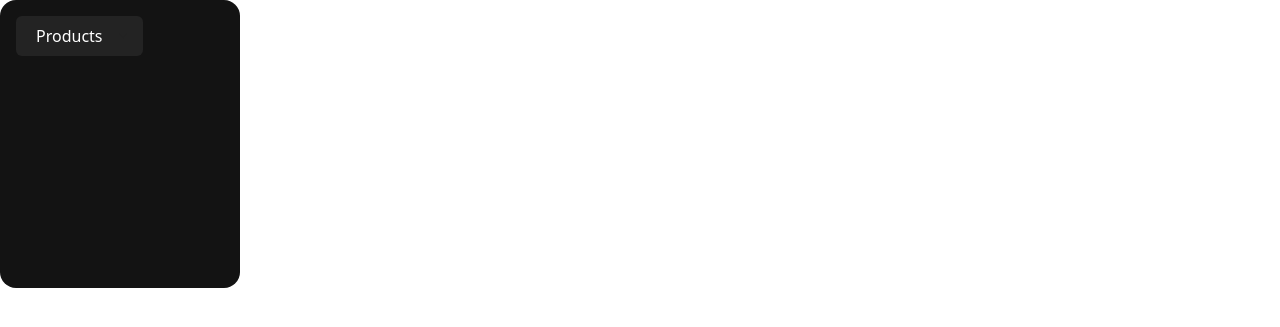
Repository: SayedJamil/Edvora-app
Page: /leftcard
These files come from the project's save history. The page is drawn as it stood at one moment and after the next save; the edit follows.
The browser window is 1280 px wide. The pictures show the whole page.
The project was rebuilt for these pictures with package versions that can differ from the ones it lists, and the page was loaded fresh each time. The framework's server and built-in components were replaced by stand-ins that run in the browser. Also part of the build but not shown: next.config.js.

Above is the page before, as saved 2021-12-19 16:04:59.

After the next save:
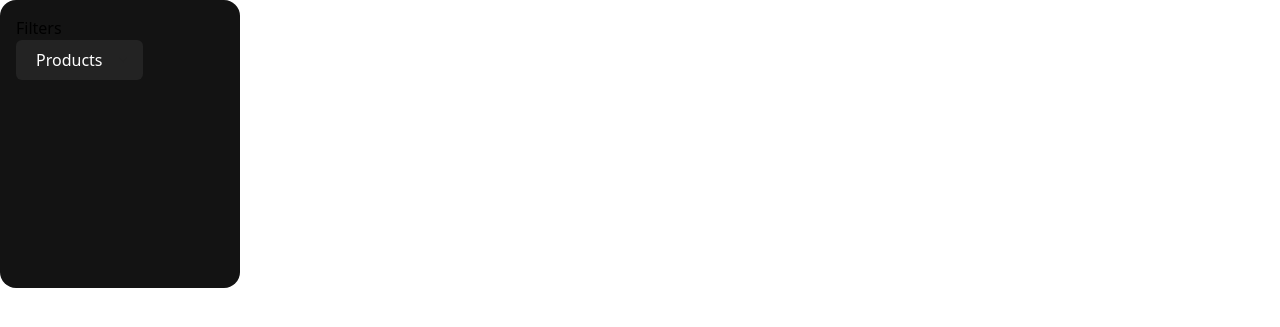
Saved 12 s later.
--- a/pages/leftcard.js
+++ b/pages/leftcard.js
@@ -1,7 +1,7 @@
 function leftcard() {
     return (
         <div className="h-72 w-60 bg-[#131313] rounded-2xl p-4">
-
+            <h3>Filters</h3>
             <div class="relative inline-flex">
                 <svg class="w-2 h-2 absolute top-0 right-0 m-4 pointer-events-none" xmlns="http://www.w3.org/2000/svg" viewBox="0 0 412 232"><path d="M206 171.144L42.678 7.822c-9.763-9.763-25.592-9.763-35.355 0-9.763 9.764-9.763 25.592 0 35.355l181 181c4.88 4.882 11.279 7.323 17.677 7.323s12.796-2.441 17.678-7.322l181-181c9.763-9.764 9.763-25.592 0-35.355-9.763-9.763-25.592-9.763-35.355 0L206 171.144z" fill="#232323" fill-rule="nonzero" /></svg>
                 <select class="rounded-md h-10 pl-5 pr-10 bg-[#232323] hover:border-[#232323] focus:outline-none appearance-none outline-none text-white">
